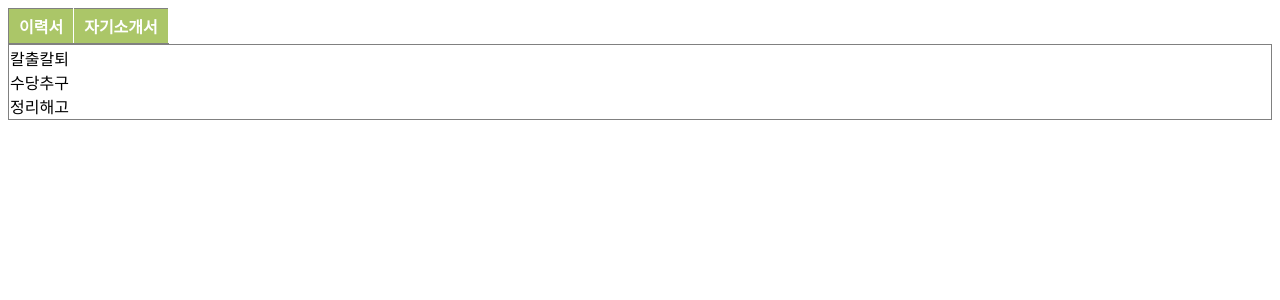
Repository: porivas/140630_Java
Page: http://localhost/web4_resume/totalLayout.jsp
These files come from the project's save history. The page is drawn as it stood at one moment and after the next save; the edit follows.
The browser window is 1280 px wide. The pictures show the whole page.
The page is served by Tomcat 9.

Above is the page before, as saved 2014-09-25 07:45:31.

### web4_resume/WebContent/totalLayout.jsp
<%@ page language="java" contentType="text/html; charset=UTF-8"
    pageEncoding="UTF-8"%>
<!DOCTYPE html PUBLIC "-//W3C//DTD HTML 4.01 Transitional//EN" "http://www.w3.org/TR/html4/loose.dtd">
<html>
<head>
<meta http-equiv="Content-Type" content="text/html; charset=UTF-8">
<title>Insert title here</title>
</head>
<body>
		<div id="button">
		<style type="text/css">
		  table.ex1 {
		     border-collapse: collapse;
		  }
		  .ex1 th, .ex1 td {padding:5px 10px}
			.ex1 caption {font-weight:700; font-size:20px; padding:5px; color:#1BA6B2; text-align:left; margin-bottom:5px}
			.ex1 thead th {background:#ABC668; color:#fff; text-align:center; border-right:1px solid #fff}
			.ex1 tbody th {text-align:left; width:12%}
			.ex1 tbody td.date1 {text-align:center; width:8%}
			.ex1 tbody td.desc {text-align:left; width:35%}
			.ex1 tbody tr.odd {background:#f9f9f9}
			.ex1 tbody tr.odd th {background:#f2f2f2}
			.ex1 tbody tr:hover {background:#F3F5BB}
			.ex1 tbody tr:hover th {background:#F2F684; color:#1BA6B2}
			.ex1 tfoot tr {border-top:6px solid #E9F7F6; color:#1BA6B2}
			.ex1 tfoot th {text-align:left; padding-left:10px}
		</style>
		<table class="ex1" border="1" >
			<tr align = "left">
				<thead><th scope="col">이력서</th><th scope="col">자기소개서</th></thead>
			</tr>
		</table>
		</div>
		<div id="story2">
		<type = text/css>
		<style type="text/css">
		  table {
		     border-collapse: collapse;
		  }
		</style>
		<table border="1" width=100%	>
			<tr align = "left">
				<td> 칼출칼퇴
				<br> 수당추구
				<br> 정리해고
				</td>
			</tr>
		</table>
		</div>
</body>
</html>

After the next save:
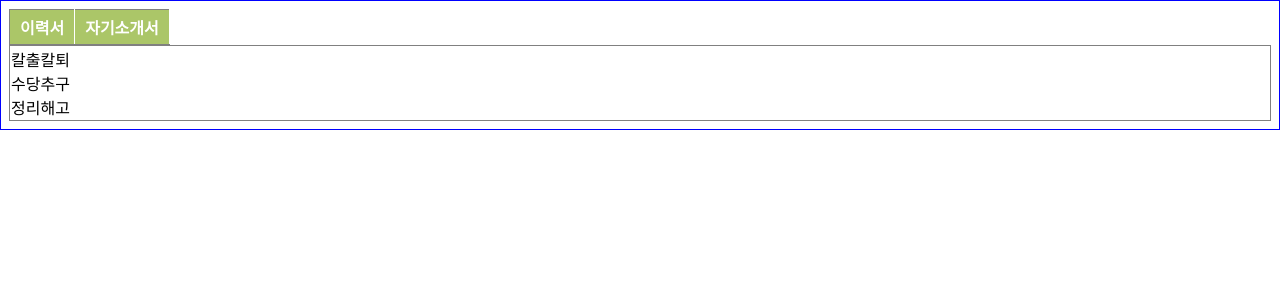
Saved 7 min 55 s later.
--- a/web4_resume/WebContent/totalLayout.jsp
+++ b/web4_resume/WebContent/totalLayout.jsp
@@ -24,6 +24,17 @@
 			.ex1 tbody tr:hover th {background:#F2F684; color:#1BA6B2}
 			.ex1 tfoot tr {border-top:6px solid #E9F7F6; color:#1BA6B2}
 			.ex1 tfoot th {text-align:left; padding-left:10px}
+		html {
+		    border: 1px solid blue;
+		}
+			.other, .parent {
+			    border: 4px solid green;
+			    margin: 5px;
+			}
+			.me {
+			    background-color: red;
+			    position: absolute;
+			}
 		</style>
 		<table class="ex1" border="1" >
 			<tr align = "left">
